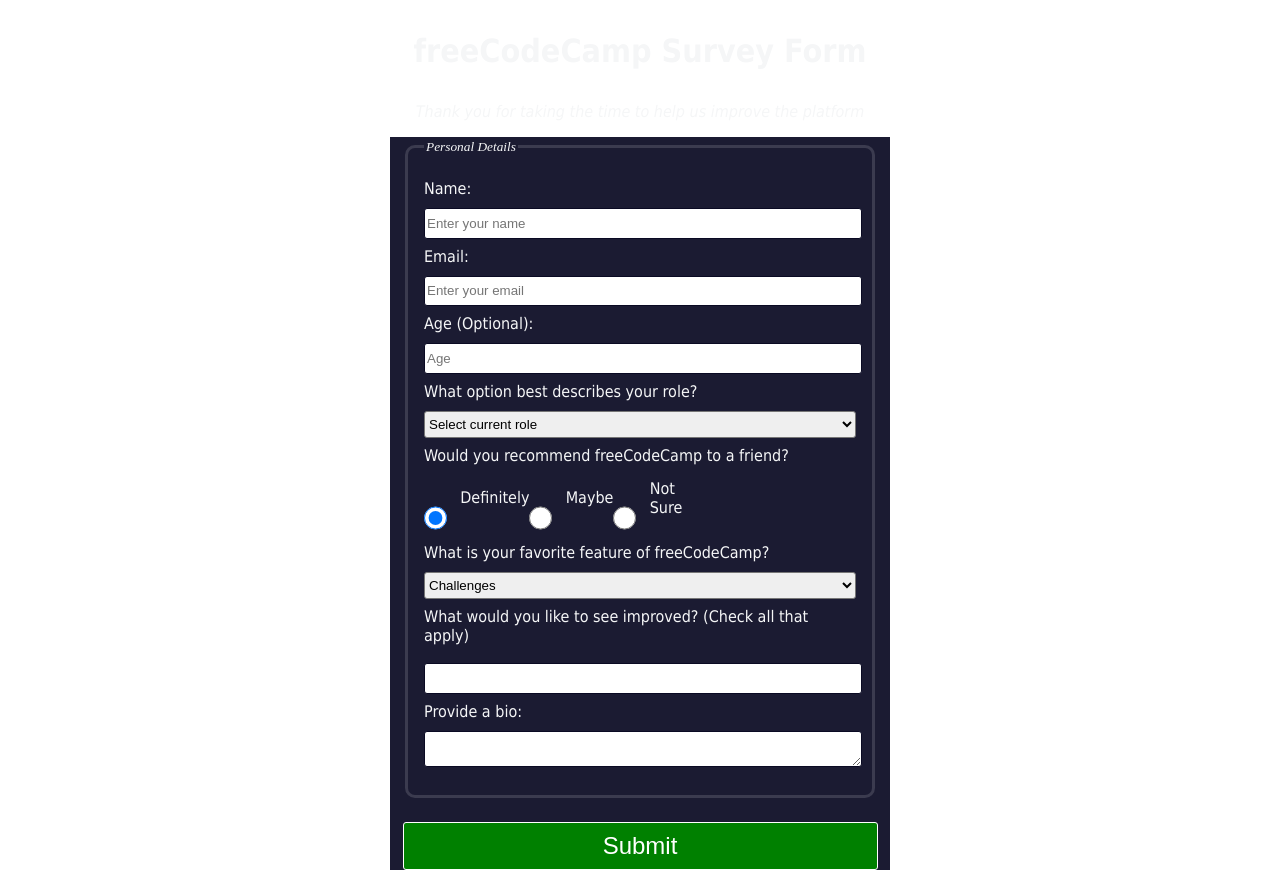
Repository: Lungdjos/survey_form_certification
Page: index.html
An editor plug-in stored every save of this project. The page is shown before and after the next save, followed by the edit.
The browser window is 1280 px wide. The pictures show the whole page.

Above is the page before, as saved 2023-09-30 23:21:48.

### index.html
<!DOCTYPE html>
<html lang="en">

<head>
    <meta charset="UTF-8">
    <meta name="viewport" content="width=device-width, initial-scale=1.0">
    <title>Survey Form</title>
    <link rel="stylesheet" href="styles.css">
</head>

<body>
    <h1>freeCodeCamp Survey Form </h1>
    <p>Thank you for taking the time to help us improve the platform</p>
    <form action="https://register-demo.freecodecamp.org" method="post">
        <fieldset>
            <legend> <small>Personal Details</small> </legend>
            <label for="name">Name: <input type="text" id="name" name="name" placeholder="Enter your name" required> </label>
            <label for="email">Email: <input type="email" id="email" name="email" placeholder="Enter your email" required> </label>
            <label for="age">Age (Optional): <input type="number" name="age" id="age" min="13" max="100" placeholder="Age"> </label>
            <label for="referrer"> What option best describes your role?
                <select name="referrer" id="referrer">
                    <option value="">Select current role</option>
                    <option value="1"  name="news">Student</option>
                    <option value="2" name="youtube" >Full Time Job</option>
                    <option value="3" name="forum" >Full Time Learner</option>
                    <option value="4" name="other" >Prefer not to say</option>
                    <option value="5" name="other" >Other</option>
                </select>
            </label>
            <label for="rec">
                Would you recommend freeCodeCamp to a friend?
                <div class="radio-label">
                    <input  type="radio" name="recommendation" id="rec" checked> Definitely
                    <input  type="radio" name="recommendation" id="rec">Maybe
                    <input  type="radio" name="recommendation" id="rec">Not Sure
                </div>

            </label>

            <label for="referrer"> What is your favorite feature of freeCodeCamp?
                <select name="referrer" id="referrer">
                    <option value="">Select an option</option>
                    <option value="1" selected name="news">Challenges</option>
                    <option value="2" name="youtube" >Projects</option>
                    <option value="3" name="forum" >Community</option>
                    <option value="4" name="other" >Open Source</option>
                </select>
            </label>
            <label for="">
                What would you like to see improved? (Check all that apply)
                <label><input type="checkbo"/></label>
            </label>

            <label for="bio">Provide a bio:
                <textarea name="biography" id="bio" cols="50" rows="2" placeholder="I like coding on the beach..." >
                </textarea>
            </label>
        </fieldset>
        <input type="submit" value="Submit" name="submit" id="submit-btn">
    </form>
</body>

</html>

### styles.css
/* designs for the survey form */


/* CSS for the Registration Form */

body {
    width: 100%;
    height: 100vh;
    /* will need to set the value to */
    margin: 15px 0 15px 0;
    color: #f5f6f7;
    font-size: 16px;
    font-family: Tahoma;
}

label {
    display: block;
    margin: .5rem 0;
}

a {
    color: #dfdfe2;
}

a:hover {
    color: blanchedalmond;
    text-decoration: none;
}

a:active {
    color: #0a0a23;
}

fieldset {
    margin: 15px;
    border-radius: 10px;
    border: 3px solid #3b3b4f;
    padding: 1rem;
}


/* gets the last element and take effects */


/* fieldset:last-of-type {
    border: none;
} */

input,
textarea,
select {
    margin: 10px 0 0 0;
    width: 100%;
    border-radius: 3px;
    min-height: 2em;
}

input,
textarea {
    background-color: #fff;
    border: 1px solid #0a0a23;
    color: #0a0a23;
    ;
}


/* input {}

.inline label {
    display: inline;
    margin: 0 3em 0 0;
    vertical-align: middle;
    justify-content: left;
}


/* Style the radio buttons to make them visually aligned with the labels *

input[type="radio"] {
    vertical-align: middle;
    /* Align radio buttons vertically with the text
    margin-right: 5px;
    /* Add some spacing between the radio button and text


}

/* Add some margin between each radio button and text

label input[type="radio"]+label {
    margin-right: 15px;
}

*/


/* Use flexbox to align items vertically */

.radio-label {
    display: inline-flex;
    align-items: center;
}


/* Style the radio buttons */

input[type="radio"] {
    margin: 3em 1em 0 0;
}

legend {
    font-style: italic;
    font-family: 'Times New Roman', Times, serif;
}

h1,
p {
    margin: 1em auto;
    text-align: center;
}

p {
    font-style: italic;
}

form {
    /* margin: 0px 30px 0px 30px; */
    margin: 0 auto;
    max-width: 500px;
    min-width: 300px;
    width: 60vw;
    background-color: #1b1b32;
}

#submit-btn:hover {
    background-color: blanchedalmond;
    margin-bottom: 2em;
    color: #0a0a23;
    border: 4px solid #3b3b4f;
    border-radius: 8px;
}

input[name="submit"] {
    display: block;
    width: 95%;
    margin: 1em auto;
    height: 2em;
    font-size: 1.5rem;
    background-color: green;
    color: #fff;
    border-color: white;
    min-width: 1em;
}

input[type="file"] {
    min-height: 2em;
    padding: 1px 2px;
}

After the next save:
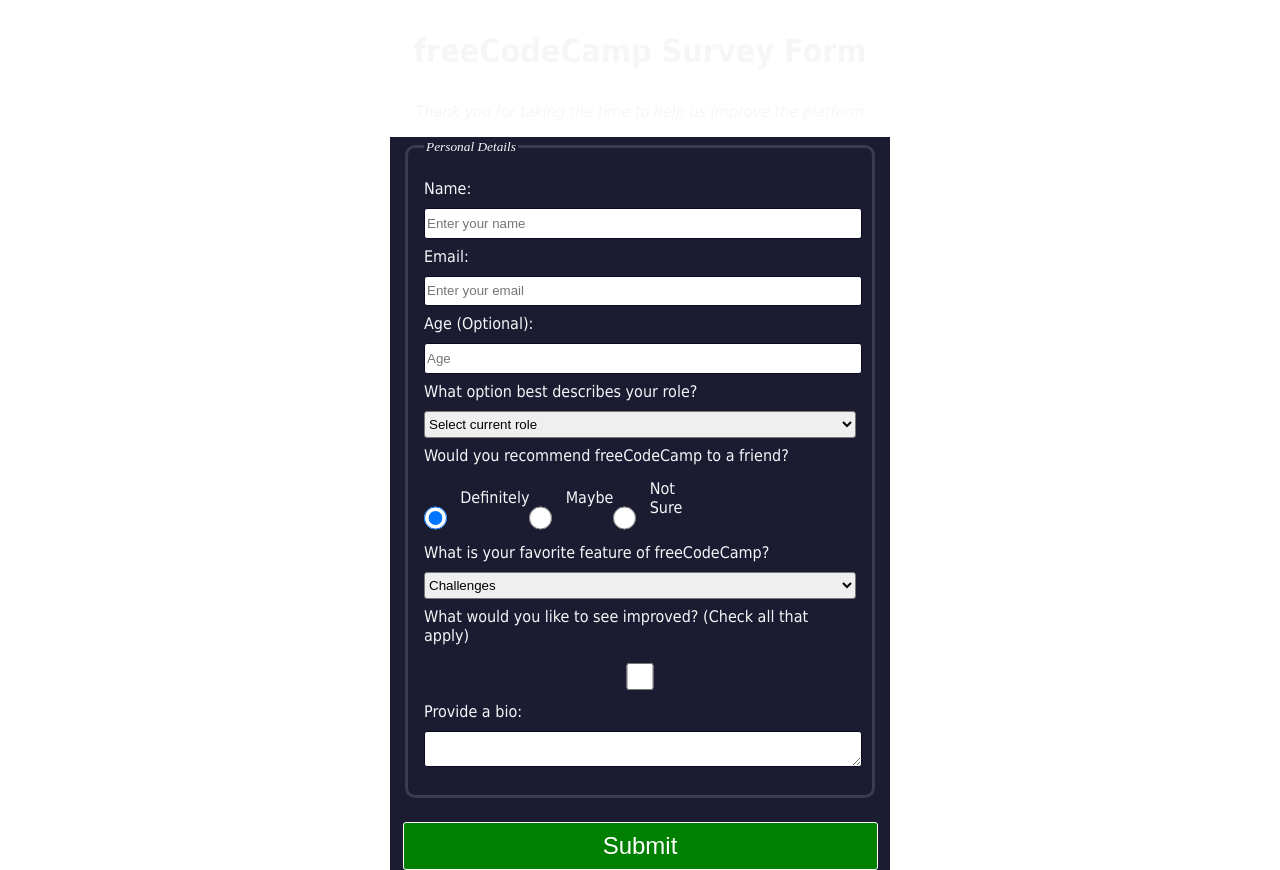
Saved 4 s later.
--- a/index.html
+++ b/index.html
@@ -48,7 +48,7 @@
             </label>
             <label for="">
                 What would you like to see improved? (Check all that apply)
-                <label><input type="checkbo"/></label>
+                <label><input type="checkbox"/></label>
             </label>
 
             <label for="bio">Provide a bio:
